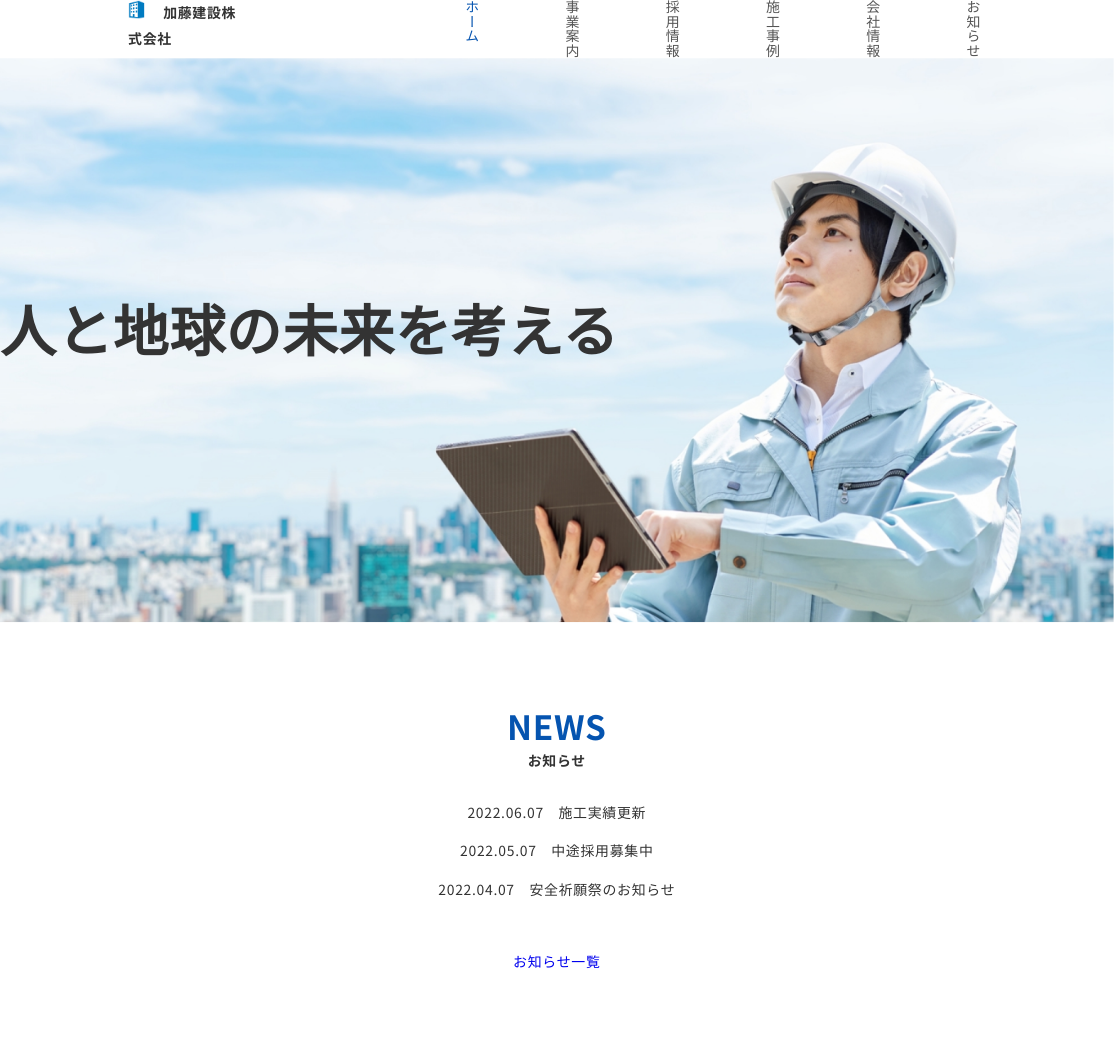
Repository: nozomi-23/hp1_test
Page: index.html
These files come from the project's save history. The page is drawn as it stood at one moment and after the next save; the edit follows.
The browser window is 1280 px wide. The pictures show the whole page, at 87% of full size.

Above is the page before, as saved 2022-06-12 11:09:39.

### index.html
<!DOCTYPE html>
<html lang="ja">
<head>
<meta charset="UTF-8">
<title>加藤建設 株式会社</title>
<meta name="description" content="人と地球の未来を考える 加藤建設 株式会社">
<meta name="keywords" content="建築,土木,インフラ">
<meta name="viewport" content="width=device-width, initial-scale=1.0">
<meta property="og:title" content="建築依頼なら「加藤建設 株式会社」">
<meta property="og:type" content="article">
<meta property="og:url" content="https://withcode-plus.tech">
<meta property="og:image" content="img/logo.png">
<meta property="og:description" content="確かな技術力が自慢、インフラから地域貢献まで加藤建設にお任せ下さい">
<meta property="og:site_name" content="加藤建設 株式会社">
<link rel="icon" href="img/favicon.ico">
<link rel="apple-touch-icon" sizes="180x180" href="img/logo.png">
<link rel="preconnect" href="https://fonts.googleapis.com">
<link rel="preconnect" href="https://fonts.gstatic.com" crossorigin>
<link href="https://fonts.googleapis.com/css2?family=Noto+Sans+JP:wght@400;500;700&family=Noto+Serif+JP&display=swap"
  rel="stylesheet">
<link rel="stylesheet" type="text/css" href="css/reset.css">
<link rel="stylesheet" type="text/css" href="css/common1.css">
<link rel="stylesheet" type="text/css" href="css/index.css">
</head>
<body>
  <!-- =========header -->
  <header>
    <div class="header_wrapper">
      <div class="header_inner">
        <h1 class="header_left">加藤建設株式会社</h1>
        <nav class="header_right" >
          <ul class="header_list">
            <li><a href="#" class="color">ホーム</a></li>
            <li><a href="html/business.html">事業案内</a></li>
            <li><a href="html/recruit.html">採用情報</a></li>
            <li><a href="html/work.html">施工事例</a></li>
            <li><a href="html/company.html">会社情報</a></li>
            <li><a href="html/news.html">お知らせ</a></li>
          </ul>
        </nav>
      </div>
    </div>
  </header>
  <!-- =========main_view -->
  <main>
    <section class="main_wrapper">
      <div class="main_txt">
        <h3>人と地球の未来を考える</h3>
      </div>
    </section>
    <!-- =========news -->
    <section class="news section">
      <div class="news_wrapper">
        <h2 class="title">NEWS<br>
          <small>お知らせ</small></h2>
        <ul class="news_list">
          <li>2022.06.07&emsp;施工実績更新</li>
          <li>2022.05.07&emsp;中途採用募集中</li>
          <li>2022.04.07&emsp;安全祈願祭のお知らせ</li>
        </ul>
        <div class="btn">
          <a href="html/news.html">お知らせ一覧</a>
        </div>
      </div>
    </section>
  </main>
</body>
</html>

### css/reset.css
@charset "UTF-8";

html,
body,
div,
span,
object,
iframe,
h1,
h2,
h3,
h4,
h5,
h6,
p,
blockquote,
pre,
abbr,
address,
cite,
code,
del,
dfn,
em,
img,
ins,
kbd,
q,
samp,
small,
strong,
sub,
sup,
var,
b,
i,
dl,
dt,
dd,
ol,
ul,
li,
fieldset,
form,
label,
legend,
table,
caption,
tbody,
tfoot,
thead,
tr,
th,
td,
article,
aside,
canvas,
details,
figcaption,
figure,
footer,
header,
hgroup,
menu,
nav,
section,
summary,
time,
mark,
audio,
video {
  margin: 0;
  padding: 0;
  border: 0;
  outline: 0;
  font-size: 100%;
  vertical-align: baseline;
  background: transparent;
}

body {
  line-height: 1;
}

article,
aside,
details,
figcaption,
figure,
footer,
header,
hgroup,
menu,
nav,
section {
  display: block;
}

nav ul {
  list-style: none;
}

blockquote,
q {
  quotes: none;
}

blockquote:before,
blockquote:after,
q:before,
q:after {
  content: '';
  content: none;
}

a {
  margin: 0;
  padding: 0;
  font-size: 100%;
  vertical-align: baseline;
  background: transparent;
}

/* change colours to suit your needs */
ins {
  background-color: #ff9;
  color: #000;
  text-decoration: none;
}

/* change colours to suit your needs */
mark {
  background-color: #ff9;
  color: #000;
  font-style: italic;
  font-weight: bold;
}

del {
  text-decoration: line-through;
}

abbr[title],
dfn[title] {
  border-bottom: 1px dotted;
  cursor: help;
}

table {
  border-collapse: collapse;
  border-spacing: 0;
}

/* change border colour to suit your needs */
hr {
  display: block;
  height: 1px;
  border: 0;
  border-top: 1px solid #cccccc;
  margin: 1em 0;
  padding: 0;
}

input,
select {
  vertical-align: middle;
}

### css/common1.css
@charset "UTF-8";

body {
  color: #333;
  letter-spacing: 0.05em;
  line-height: 1.8;
  font-family: 'Noto Sans JP', sans-serif ,'Noto Serif JP',
  serif;
}
li {
  list-style: none;
}

a {
  text-decoration: none;
}
.section {
  margin: 8% 0;
}


/* タイトル */
.title {
  color: #0554B0;
  font-weight: bold;
  font-size: 2.4rem;
  line-height: 0.8;
}
.news_wrapper small {
  font-size: 1rem;
  color: #333;
}

### css/index.css
@charset "UTF-8";

/* =================
header
===================*/
.header_wrapper {
  display: flex;
  justify-content: center;
}
.header_inner {
  width: 77%;
  display: flex;
  justify-content: space-between;

}
.header_list {
  display: table;
}
.header_list li {
  display: table-cell;
  writing-mode: vertical-rl;
}
.header_list li a {
  color: #555;
}
.header_list li a:hover {
  opacity: 0.5;
}
.header_list li a.color {
  color: #0554B0;
}

.header_left::before {
  content: "";
  background: url(../img/name_icon.png) no-repeat ;
  background-size: contain;
  width: 30%;
  height: 30%;
  z-index: 1;
  display: inline-block;
}

/* =================
main_view
===================*/
.main_wrapper {
  background: url(../img/top_img.png)no-repeat center;
  background-size: cover;
  width: 100%;
  height: 90vh;
}
.main_txt {
  font-size: 4rem;
  font-weight: normal;
  font-family: 'Noto Serif JP';
  position: relative;
  top: 40%;
}
/* =================
news
===================*/
.news {
  text-align: center;
  display: block;
}

.news_wrapper ul{
  padding: 3%;

}
.news_wrapper ul li {
  margin-bottom: 1rem;
}

After the next save:
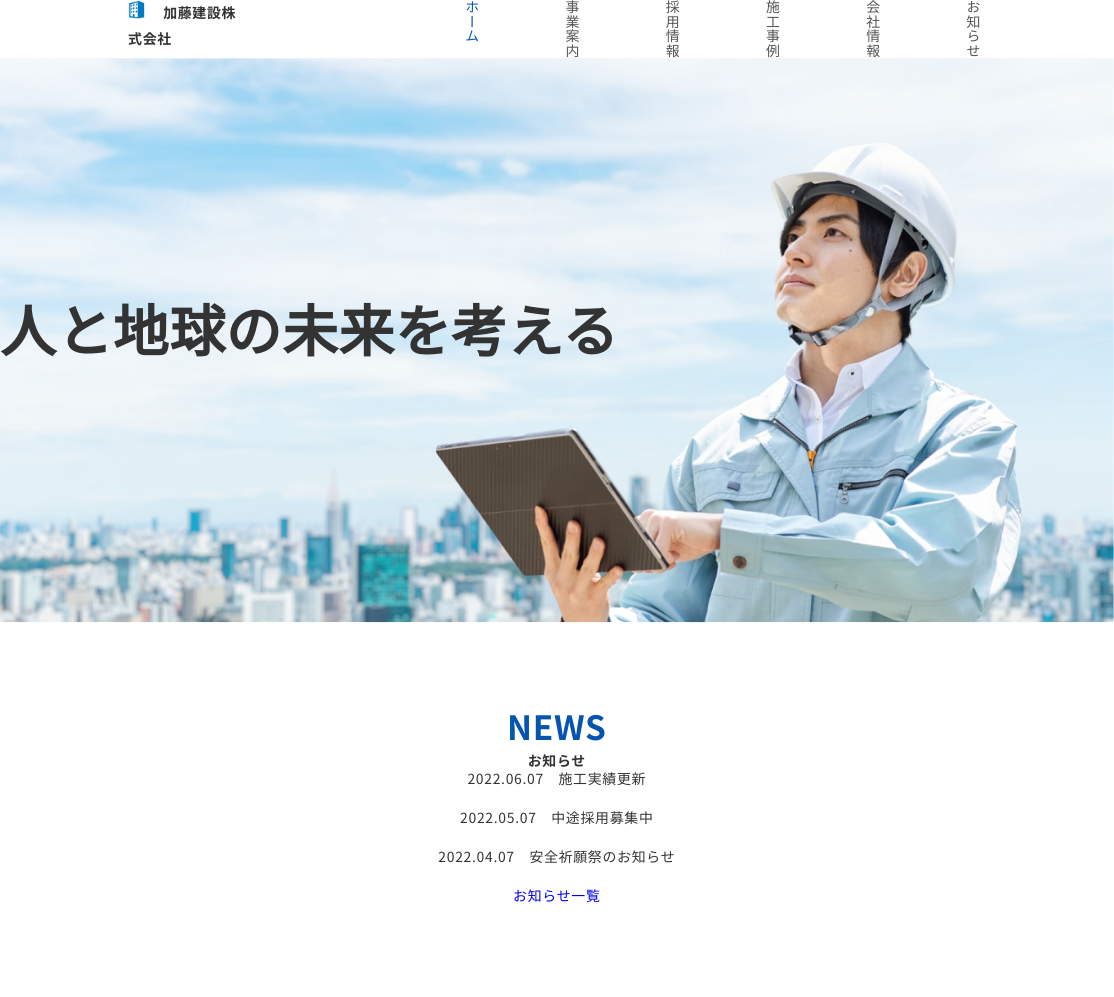
Saved 17 s later.
--- a/css/index.css
+++ b/css/index.css
@@ -64,7 +64,7 @@ news
   display: block;
 }
 
-.news_wrapper ul{
+.news_listnews_wrapper ul{
   padding: 3%;
 
 }
